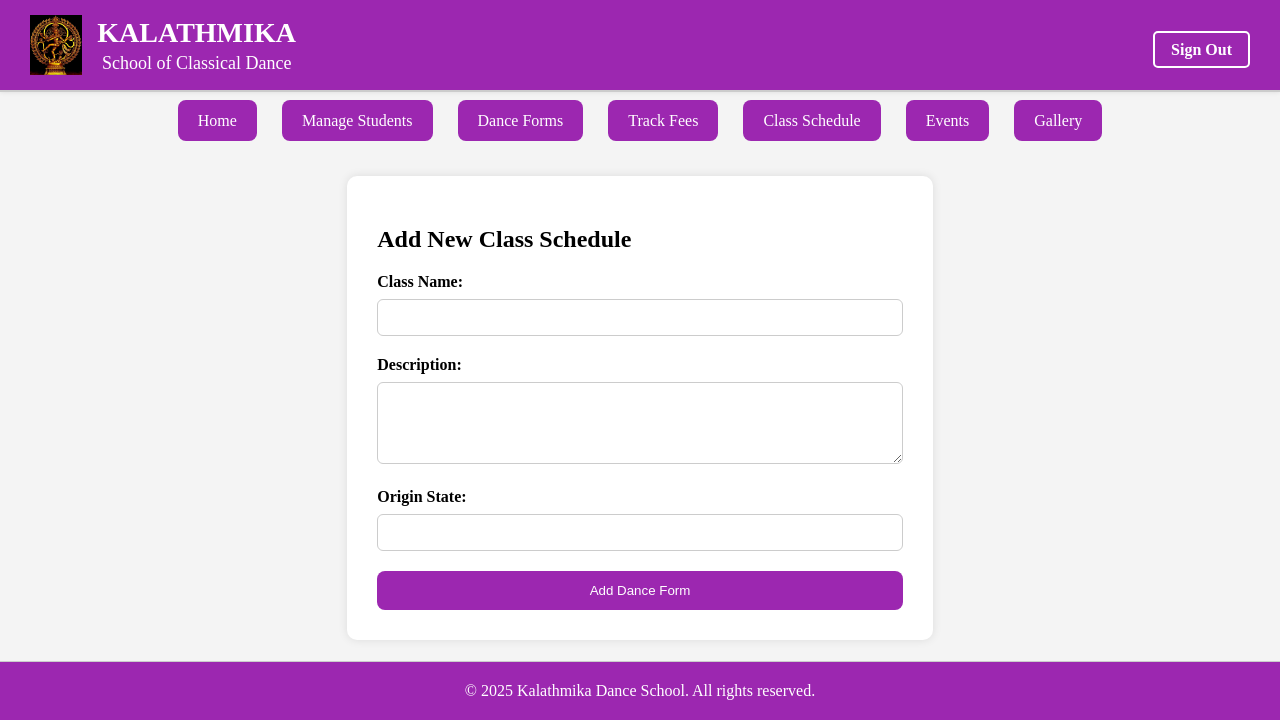
Repository: ammubancilal/LUMINAR-JDK17-STS4-SPRINGBOOT-KALATHMIKA-DANCESCHOOL
Page: http://localhost/springboot-jsp-kalathmika/WEB-INF/jsp/addClassSchedule.jsp
An editor plug-in stored every save of this project. The page is shown before and after the next save, followed by the edit.
The browser window is 1280 px wide. The pictures show the whole page.
The page is served by Tomcat 10. Nobody is signed in. The template is opened directly, without the code that normally fills it, so the values that code supplies are empty.

Above is the page before, as saved 2025-04-29 18:47:57.

After the next save:
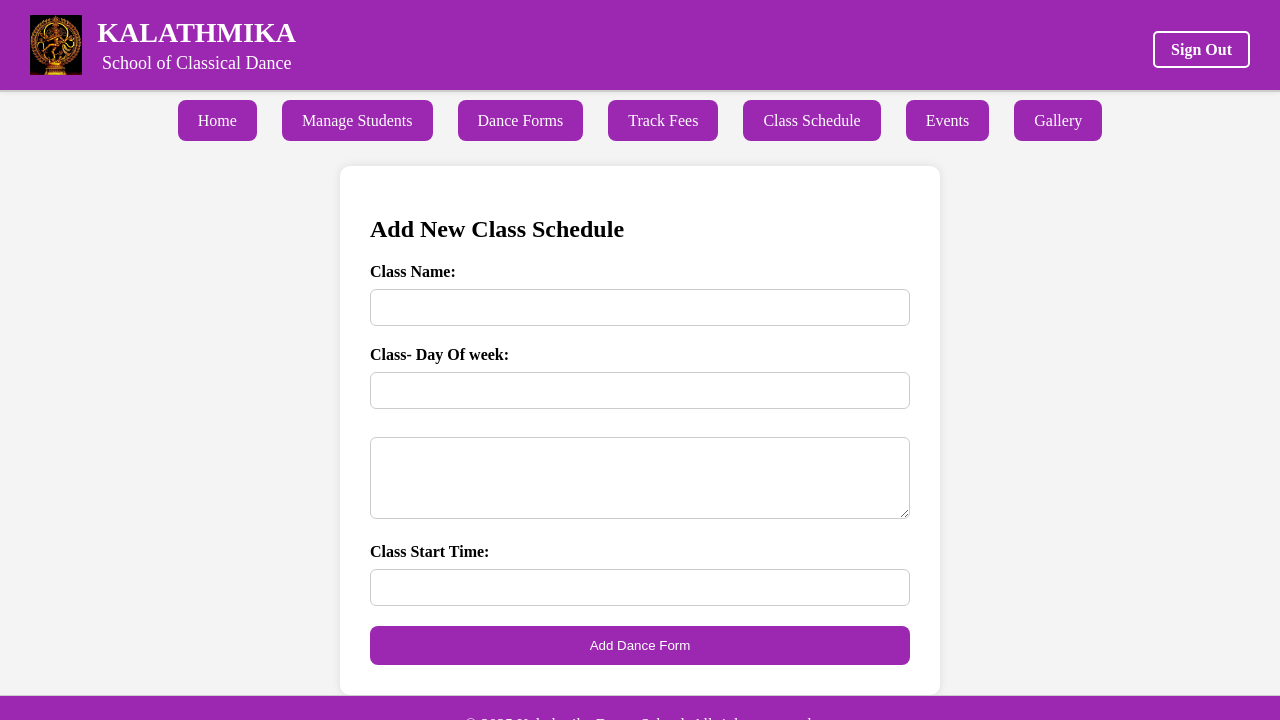
Saved 3 min 24 s later.
--- a/springboot-jsp-kalathmika/src/main/webapp/WEB-INF/jsp/addClassSchedule.jsp
+++ b/springboot-jsp-kalathmika/src/main/webapp/WEB-INF/jsp/addClassSchedule.jsp
@@ -89,17 +89,19 @@
     <h2>Add New Class Schedule</h2>
     <form action="${pageContext.request.contextPath}/admin/saveDance" method="post">
          <div>
-    <label for="dance_name">Class Name:</label>
+    <label for="class_name">Class Name:</label>
     <input type="text" id="className" name="className" required>
   </div>
 
   <div>
-    <label for="dance_desc">Description:</label>
-    <textarea id="dance_desc" name="dance_desc" rows="4" cols="50" required></textarea>
+    <label for="dance_desc">Class- Day Of week:</label>
+    <input type="text" id="classDayofweek" name="classDayofweek" required>
+
+    <textarea id="dance_desc" name="classDayofweek" rows="4" cols="50" required></textarea>
   </div>
 
   <div>
-    <label for="dance_origin_state">Origin State:</label>
+    <label for="dance_origin_state">Class Start Time:</label>
     <input type="text" id="dance_origin_state" name="dance_origin_state" required>
   </div>
 
